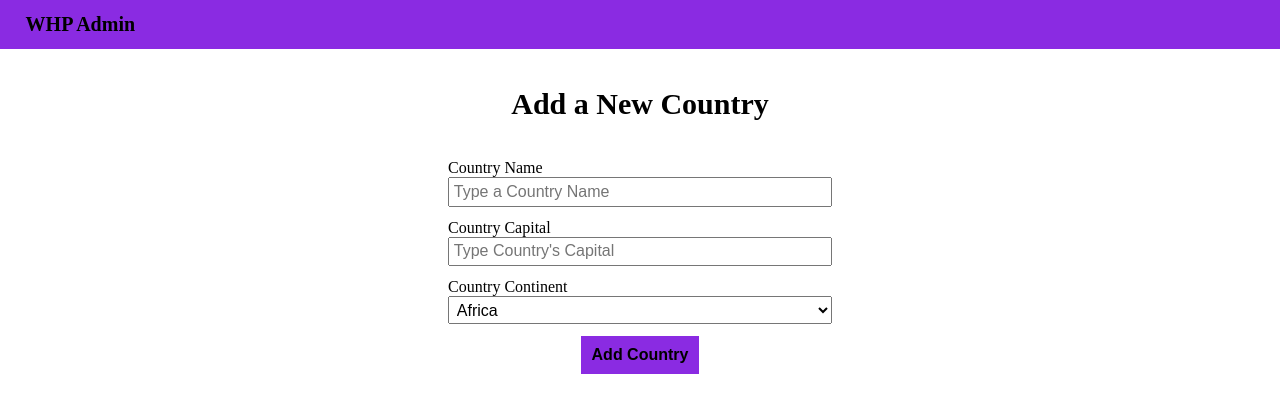
Repository: sabinaPetrisor/World_Hour_Project
Page: http://localhost/WorldHourProject/jsp/add-country.jsp
The author's editor kept a copy of each file at every save. The page is drawn from the files as they stood at one save, then again after the next save.
The browser window is 1280 px wide. The pictures show the whole page.
The page is served by Tomcat 9. Other server files are loaded and not shown.

Above is the page before, as saved 2023-08-04 15:19:13.

### WorldHourProject/src/main/webapp/jsp/add-country.jsp
<%@ page language="java" contentType="text/html; charset=UTF-8"
    pageEncoding="UTF-8"%>
<%@page import="worldhourproject.controller.WHPView"%>
<!DOCTYPE html>
<html>
<head>
	<meta name="viewport" content="width=device-width, initial-scale=1" charset="UTF-8">
	<title>World Hour Project Add Country</title>
	<style> <%@include file="../css/navbar.css" %> </style>
	<style> <%@include file="../css/admin.css" %> </style>
	<style> <%@include file="../css/add-page-admin.css" %> </style>
</head>
<body>
	<%@include file="navbar.jsp" %>

	<div class="content-container">
		<p class="content-container-title">Add a New Country</p>
		<div class="add-form-container">
			<form class="add-form" action="<%=WHPView.AddCountryServlet %>" method="post">
				<label for="cname">Country Name</label>
				<input type="text" placeholder="Type a Country Name" class="insert-text" id="cname" name="country-name">
				<label for="ccapital">Country Capital</label>
				<input type="text" placeholder="Type Country's Capital" class="insert-text" id="ccapital" name="country-capital">
				<label for="ccontinent">Country Continent</label>
				<select class="option-selection" id="ccontinent" name="country-continent">
					<option value="africa">Africa</option>
					<option value="america">America</option>
					<option value="asia">Asia</option>
					<option value="atlantic">Atlantic</option>
					<option value="australia">Australia</option>
					<option value="europe">Europe</option>
					<option value="indian">Indian</option>
					<option value="pacific">Pacific</option>
				</select>
			</form>
		</div>
		<div class="btn-container">
			<input type="submit" class="add-button" value="Add Country">
		</div>
	</div>
</body>
</html>

### WorldHourProject/src/main/webapp/css/navbar.css
.header-container {
	position: relative;
	width: 100%;
	background-color: blueviolet;
	display: flex;
}

.header-title {
	padding-top: 1%;
	padding-bottom: 1%;
	margin-left: 2%;
	margin-right: 2%;
}

.home-page-title {
	font-size: 20px;
	font-weight: bold;
	width: auto;
}

.home-page-title:hover {
	color: cadetblue;
	cursor: pointer;
}

### WorldHourProject/src/main/webapp/css/admin.css
@charset "UTF-8";
* {
	margin: 0;
	width: 100%;
}

.content-container {
	margin-top: 3%;
}

.content-container-title {
	text-align: center;
	font-size: 30px;
	font-weight: bold;
	margin-bottom: 3%;
}

.btn-container {
	display: flex;
	justify-content: center;
}

.add-button {
	padding: 0.8%;
	margin-bottom: 3%;
	background-color: blueviolet;
	border: none;
	text-align: center;
	font-size: 1em;
	font-weight: bold;
	width:auto;
	cursor: pointer;
}

.tbl {
	margin: 0 auto;
	border-collapse: collapse;
	table-layout: auto;
	width: auto;

}

.tbl-col-names {
	border: 2px solid blueviolet;
	background-color: blueviolet;
}

.tbl td, .tbl-col-names th {
	font-size: 1em;
  	border: 1px solid #dddddd;
  	text-align: center;
  	width: auto;
}

.tbl tr:nth-child(even) {
  background-color: #dddddd;
}

### WorldHourProject/src/main/webapp/css/add-page-admin.css
@charset "UTF-8";
* {
	margin: 0;
	width: 100%;
}

.add-form-container {
	display: flex;
	justify-content: center;
}

.add-form {
	width: 30%;
}

.insert-text, .option-selection {
	margin-bottom: 3%;
	padding: 1%;
	box-sizing: border-box;
	border: 2% solid palevioletred;
	font-size: 1em;
}

### WorldHourProject/src/main/webapp/jsp/navbar.jsp
<%@page import="worldhourproject.controller.WHPView"%>

<div class="header-container">
	<div class="header-title">
		<span class="home-page-title" onclick="window.location.href='<%=WHPView.AdminPage%>'">WHP Admin</span>
	</div>
</div>

After the next save:
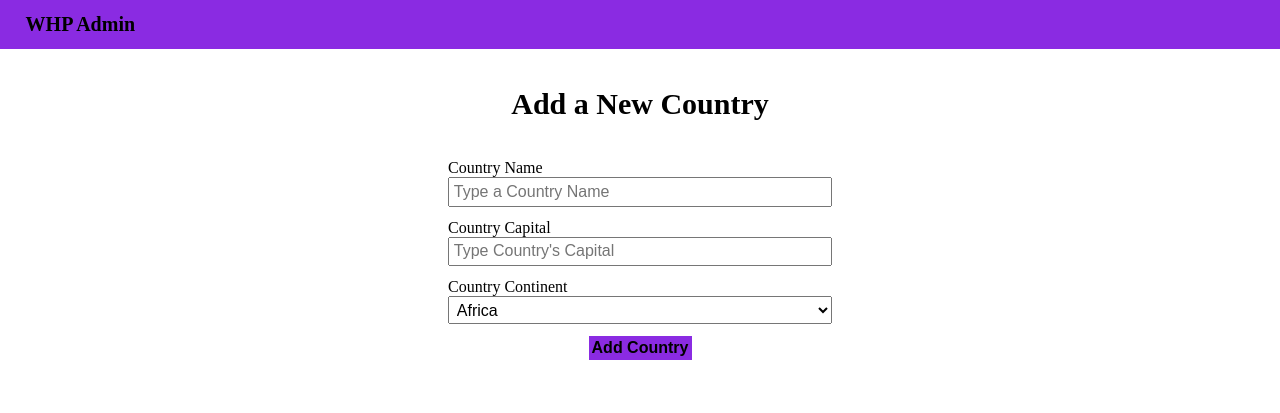
Saved 106 s later.
--- a/WorldHourProject/src/main/webapp/jsp/add-country.jsp
+++ b/WorldHourProject/src/main/webapp/jsp/add-country.jsp
@@ -32,10 +32,10 @@
 					<option value="indian">Indian</option>
 					<option value="pacific">Pacific</option>
 				</select>
+				<div class="btn-container">
+					<input type="submit" class="add-button" value="Add Country">
+				</div>
 			</form>
-		</div>
-		<div class="btn-container">
-			<input type="submit" class="add-button" value="Add Country">
 		</div>
 	</div>
 </body>
